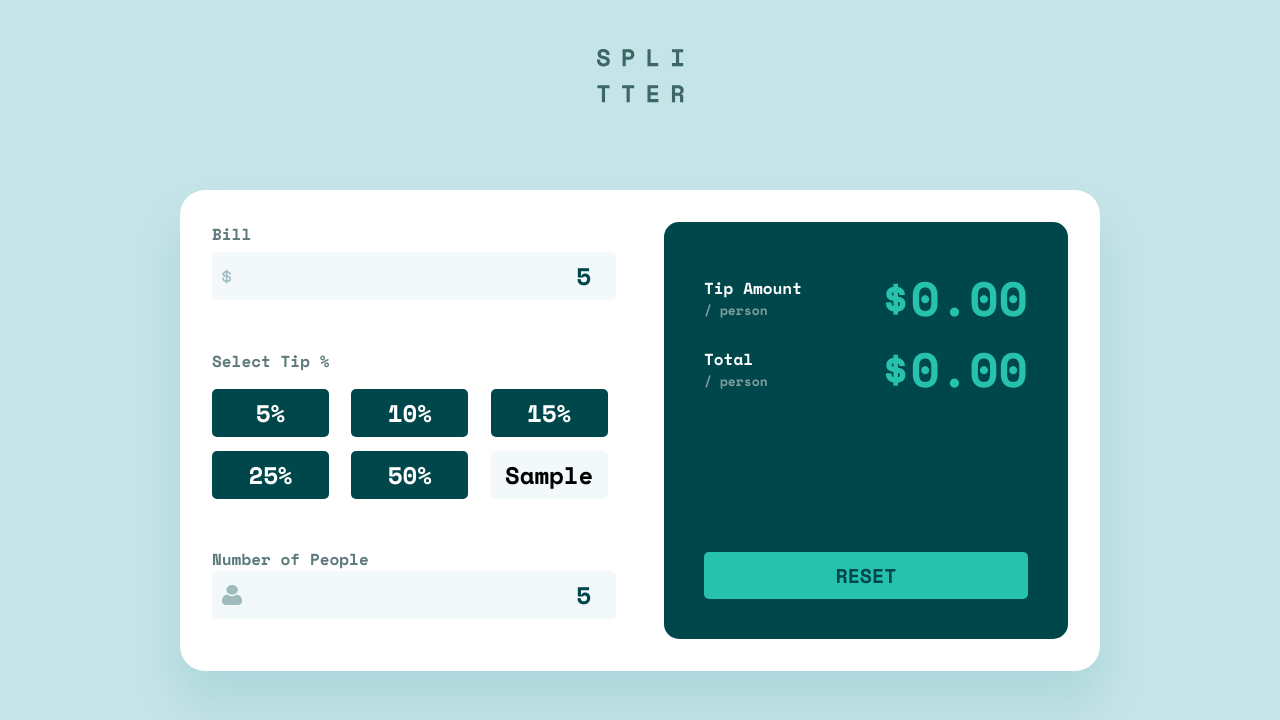
Repository: brandontaylor1/splitter
Page: index.html
The author's editor kept a copy of each file at every save. The page is drawn from the files as they stood at one save, then again after the next save.
The browser window is 1280 px wide. The pictures show the whole page.
Empty fields were first filled with sample values (such as "Sample", 5 or name@example.com).
After loading, the first visible `button.tip-button` was clicked once.

Above is the page before, as saved 2025-02-07 09:49:49.

After the next save:
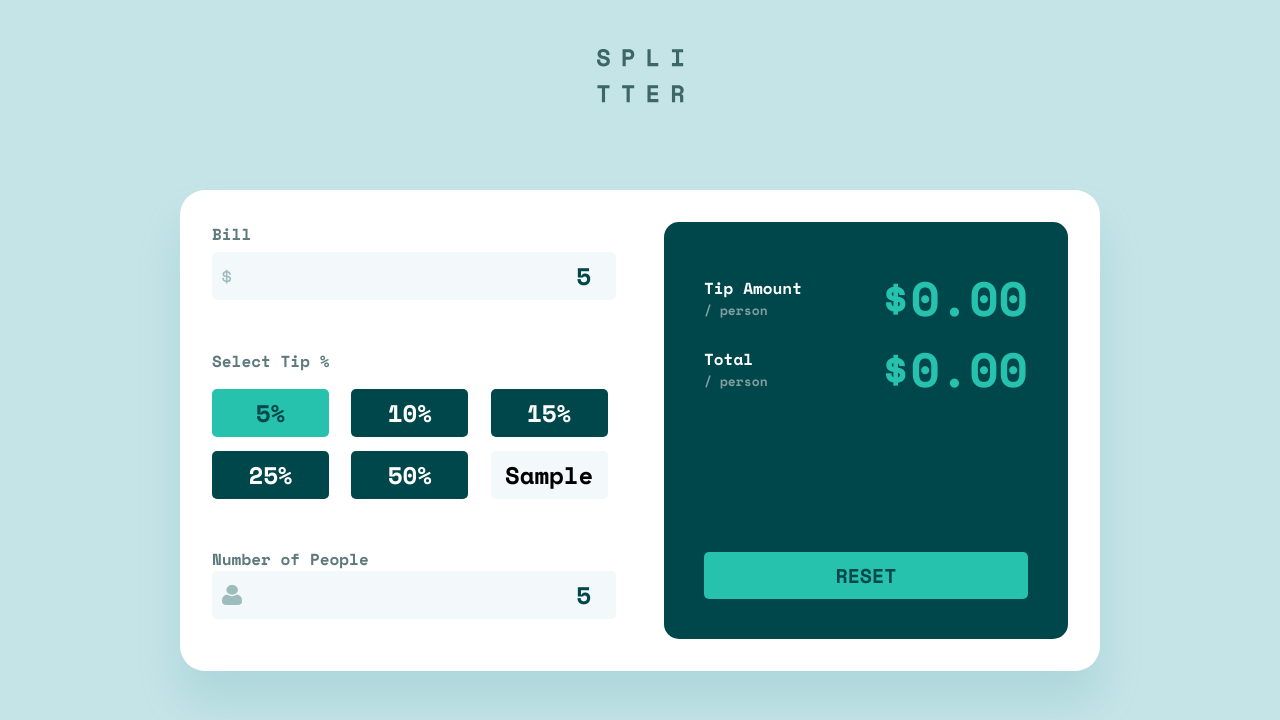
Saved 9 s later.
--- a/styles.css
+++ b/styles.css
@@ -180,7 +180,7 @@ input {
     color: #00474B;
 }
 
-.tip-button:active {
+.active {
     background-color: #26C2AE;
     color: #00474B;
 }
